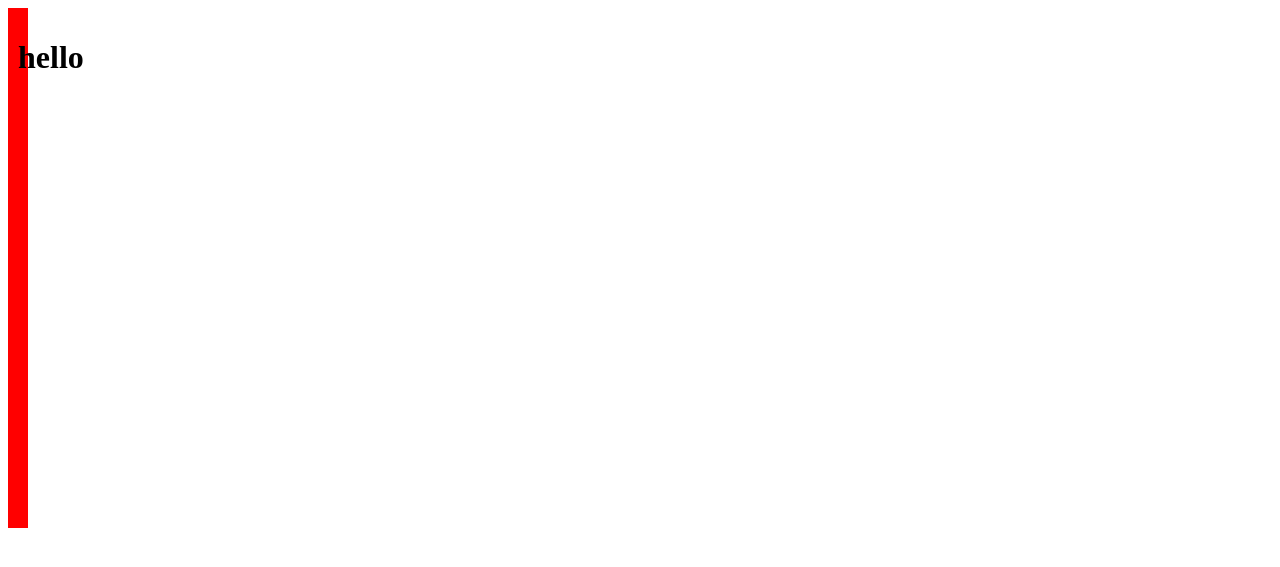
Repository: itz-mohanmadhav-18/Full-stack
Page: Html+css/day-3/flex.html
An editor plug-in stored every save of this project. The page is shown before and after the next save, followed by the edit.
The browser window is 1280 px wide. The pictures show the whole page.

Above is the page before, as saved 2024-06-16 06:46:55.

### Html+css/day-3/flex.html
<!DOCTYPE html>
<html lang="en">
<head>
    <meta charset="UTF-8">
    <meta name="viewport" content="width=device-width, initial-scale=1.0">
    <link rel="stylesheet" href="./flex.css">
    <title>Document</title>
</head>
<body>
    <div>
        <h1>hello</h1>
    </div>
</body>
</html>

### Html+css/day-3/flex.css
*{
    padding: 0px;
    max-width: 0px;
}
div{
    background: red;
    height : 500px;
    padding : 10px;
}

After the next save:
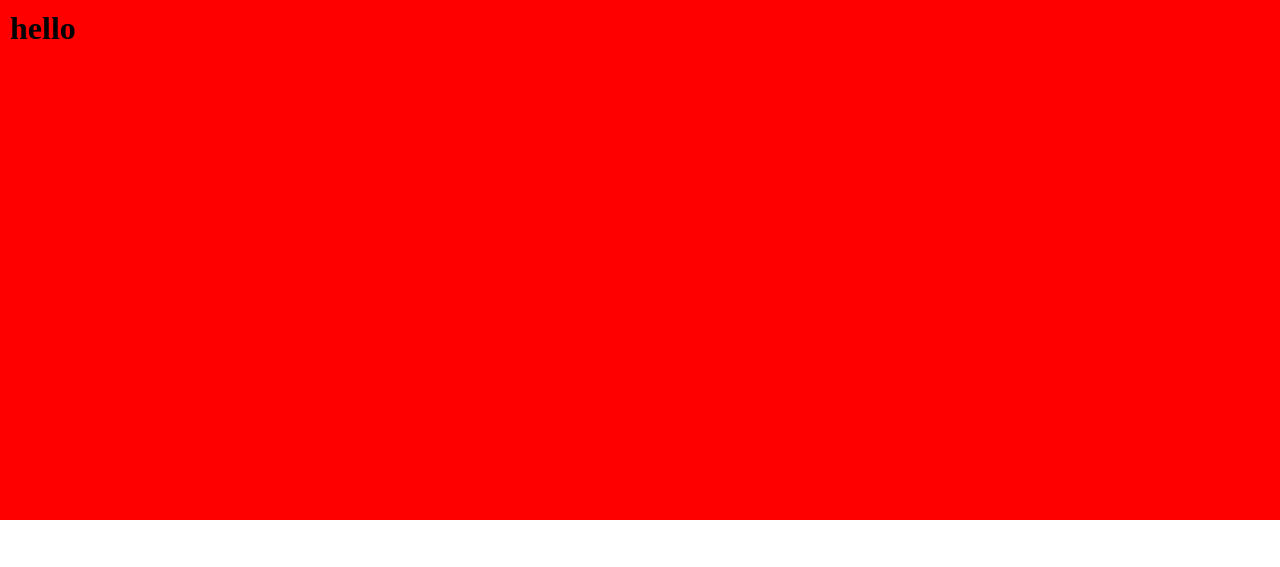
Saved 2 min 57 s later.
--- a/Html+css/day-3/flex.css
+++ b/Html+css/day-3/flex.css
@@ -1,6 +1,6 @@
 *{
     padding: 0px;
-    max-width: 0px;
+    margin: 0px;
 }
 div{
     background: red;
